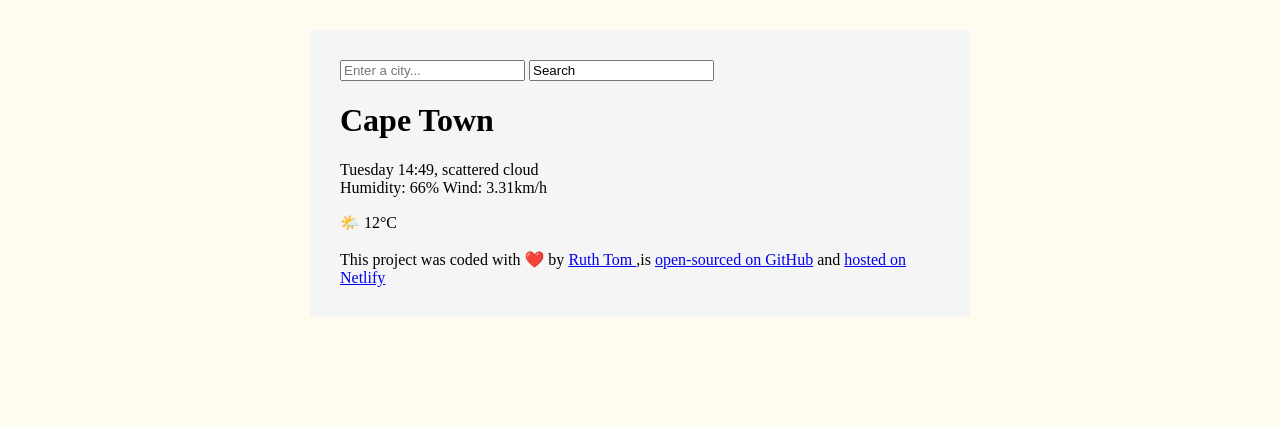
Repository: RuthTom711/Weatherly-App
Page: index.html
These files come from the project's save history. The page is drawn as it stood at one moment and after a run of saves; the edit follows.
The browser window is 1280 px wide. The pictures show the whole page.

Above is the page before, as saved 2025-11-10 21:03:04.

### index.html
<!DOCTYPE html>
<html lang="en">
  <head>
    <meta charset="UTF-8" />
    <meta name="viewport" content="width=device-width, initial-scale=1.0" />
    <title>Weatherly App</title>
  </head>
  <body>
    <div class="weather-app">
    <header>
        <form>
            <input type="search" placeholder="Enter a city..." required/>
            <input type="Subnit" value="Search"/>
            <link rel="stylesheet" href="src/styles.css">
        </form>


    </header>

    <main>
    <div>
    <h1>Cape Town</h1>
    <p>
        Tuesday 14:49, scattered cloud
        <br />
        Humidity: 66% Wind: 3.31km/h
    </p>
    </div>
    <div>
    🌤️ 12°C
    </div>
    </main>

    <br />
    <footer>
      This project was coded with ❤️ by
      <a href="https://github.com/RuthTom711" target="_blank"> Ruth Tom </a>,is
      <a href="https://github.com/RuthTom711/Weatherly-App" target="_blank">
        open-sourced on GitHub</a
      >
      and
      <a
        href="https://app.netlify.com/projects/ruth-weatherly-app/"
        target="_blank"
      >
        hosted on Netlify</a
      >
    </footer>
    </div>
  </body>
</html>

### src/styles.css
body {
    background-color: #fffbef;
}

.weather-app{
    background: whitesmoke;
    max-width: 600px;
    margin: 30px auto;
    padding: 30px;
    box-shadow: 0 30px 50px rgba(65,50);

}

After the next 2 saves:
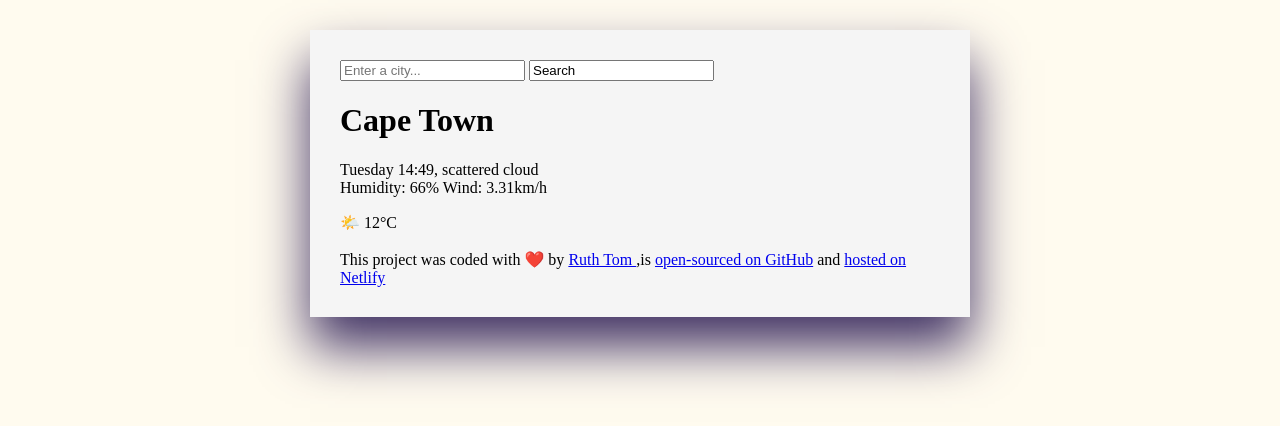
The 2 saves are shown as one change because they came seconds apart.
The last was saved 7 s later.
--- a/src/styles.css
+++ b/src/styles.css
@@ -7,6 +7,6 @@ body {
     max-width: 600px;
     margin: 30px auto;
     padding: 30px;
-    box-shadow: 0 30px 50px rgba(65,50);
+    box-shadow: 0 30px 50px rgba(65,50,100);
 
 }
